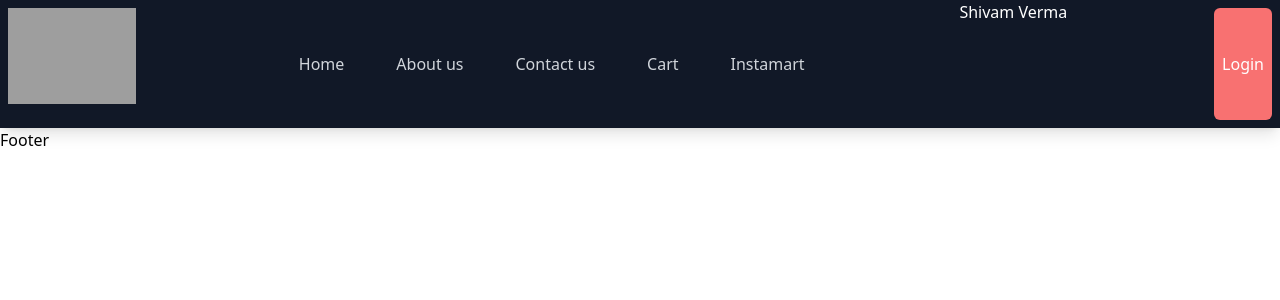
Repository: shivamv97/FOOD-VILLA-APP
Page: /
These files come from the project's save history. The page is drawn as it stood at one moment and after the next save; the edit follows.
The browser window is 1280 px wide. The pictures show the whole page.
Pictures or frames that could not be fetched are drawn as grey boxes. The page's requests for data from a server got no answer. The project was rebuilt for these pictures with package versions that can differ from the ones it lists, and the page was loaded fresh each time. No one was signed in, and anything a server would have sent is missing. Also part of the build but not shown: src/components/About.js, src/components/Error.js, src/components/ContactUs.js, src/utils/useRestaurant.js, src/components/RestaurantMenu.js, src/components/Profile.js.

Above is the page before, as saved 2024-09-27 16:47:34.

After the next save:
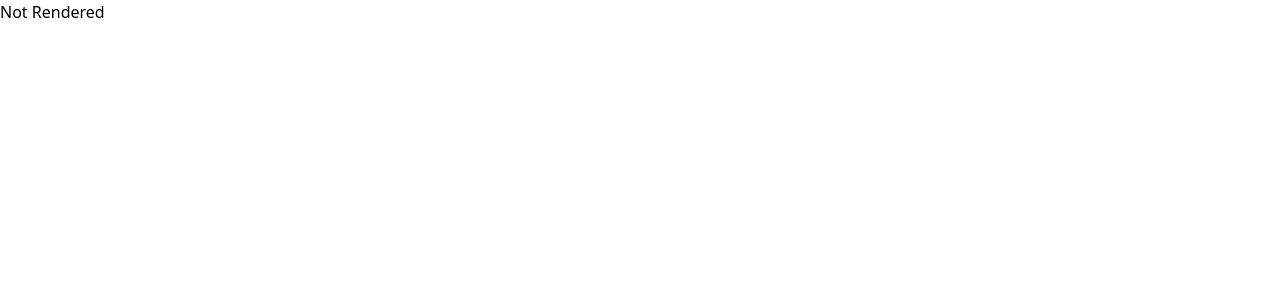
Console error: TypeError: Cannot read properties of null (reading 'useContext')
Saved 3 min 19 s later.
--- a/src/components/RestaurantCards.js
+++ b/src/components/RestaurantCards.js
@@ -2,7 +2,7 @@
 import { createContext, useContext } from "react";
 import { Img_cdn_url } from "../config";
 import UserContext from "../utils/UserContext";
-
+const { user } = useContext(UserContext);
 const RestrauntCard = ({
   name,
   cuisines,
@@ -11,7 +11,6 @@
   costForTwo,
   sla,
 }) => {
-  const { user } = useContext(UserContext);
   //props or {restaurant} ->Object Destructuring
   return (
     <div className="w-52 m-2 p-3 bg-pink-50  hover:scale-105 hover:shadow-lg transition-transform duration-300 ease-in-out">

After the save that followed:
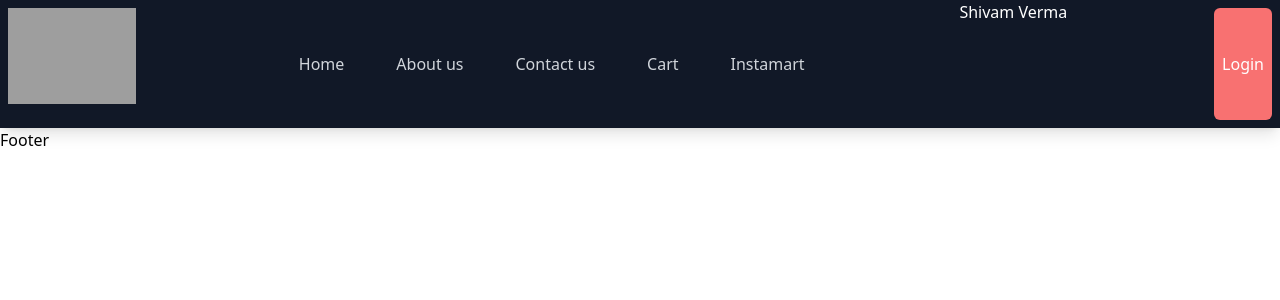
The error is gone.
Saved 31 s later.
--- a/src/components/RestaurantCards.js
+++ b/src/components/RestaurantCards.js
@@ -2,7 +2,6 @@
 import { createContext, useContext } from "react";
 import { Img_cdn_url } from "../config";
 import UserContext from "../utils/UserContext";
-const { user } = useContext(UserContext);
 const RestrauntCard = ({
   name,
   cuisines,
@@ -11,6 +10,7 @@
   costForTwo,
   sla,
 }) => {
+  const { user } = useContext(UserContext);
   //props or {restaurant} ->Object Destructuring
   return (
     <div className="w-52 m-2 p-3 bg-pink-50  hover:scale-105 hover:shadow-lg transition-transform duration-300 ease-in-out">
